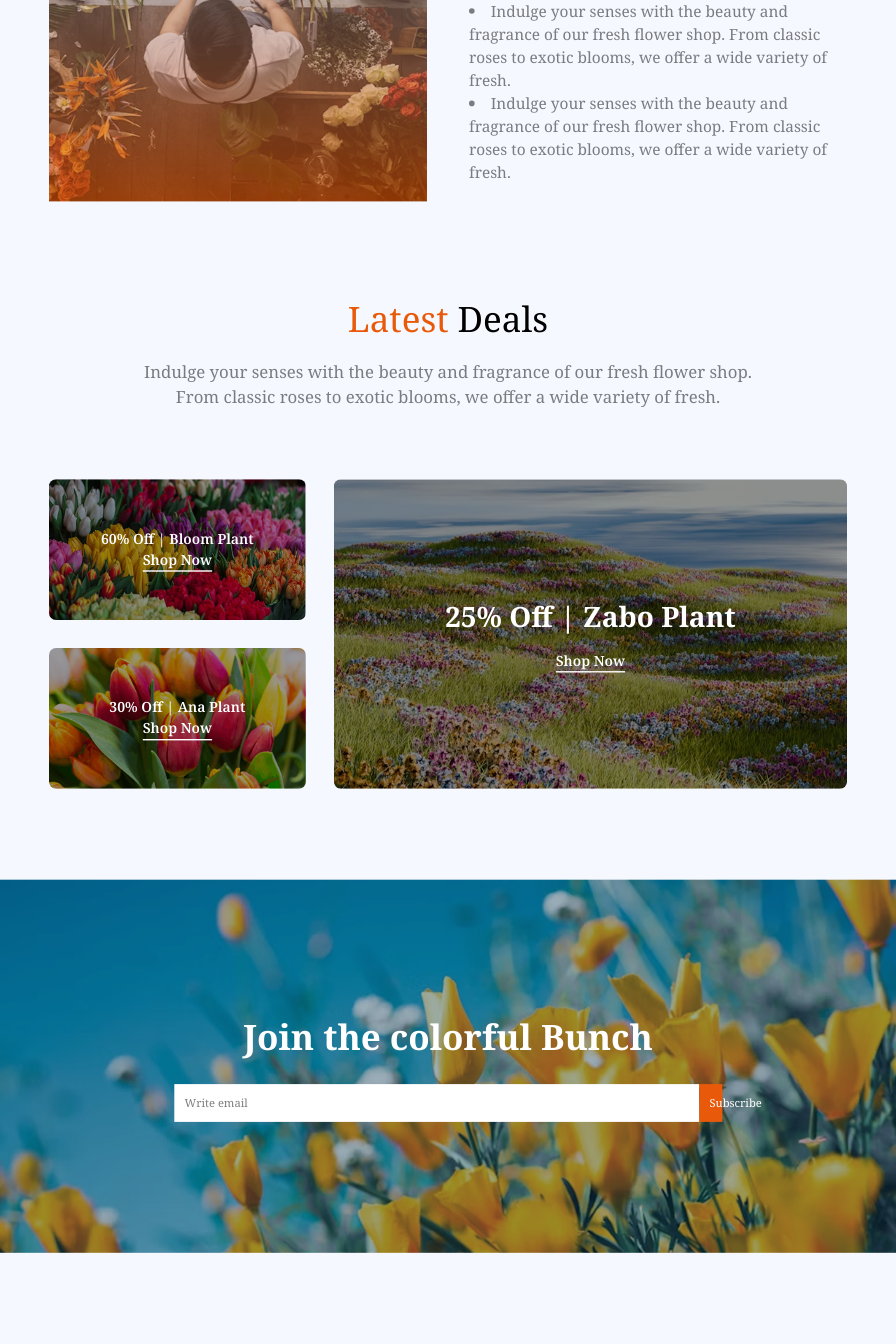
Repository: nahid-hasann/website-7
Page: index.html
These files come from the project's save history. The page is drawn as it stood at one moment and after the next save; the edit follows.
The browser window is 1280 px wide. The pictures show the part of the page from y = 2514 to 4434 px (the page is 4434 px tall), at 70% of full size.
Some web libraries are served in a nearby version.

Above is the page before, as saved 2025-07-24 21:23:49.

After the next save:
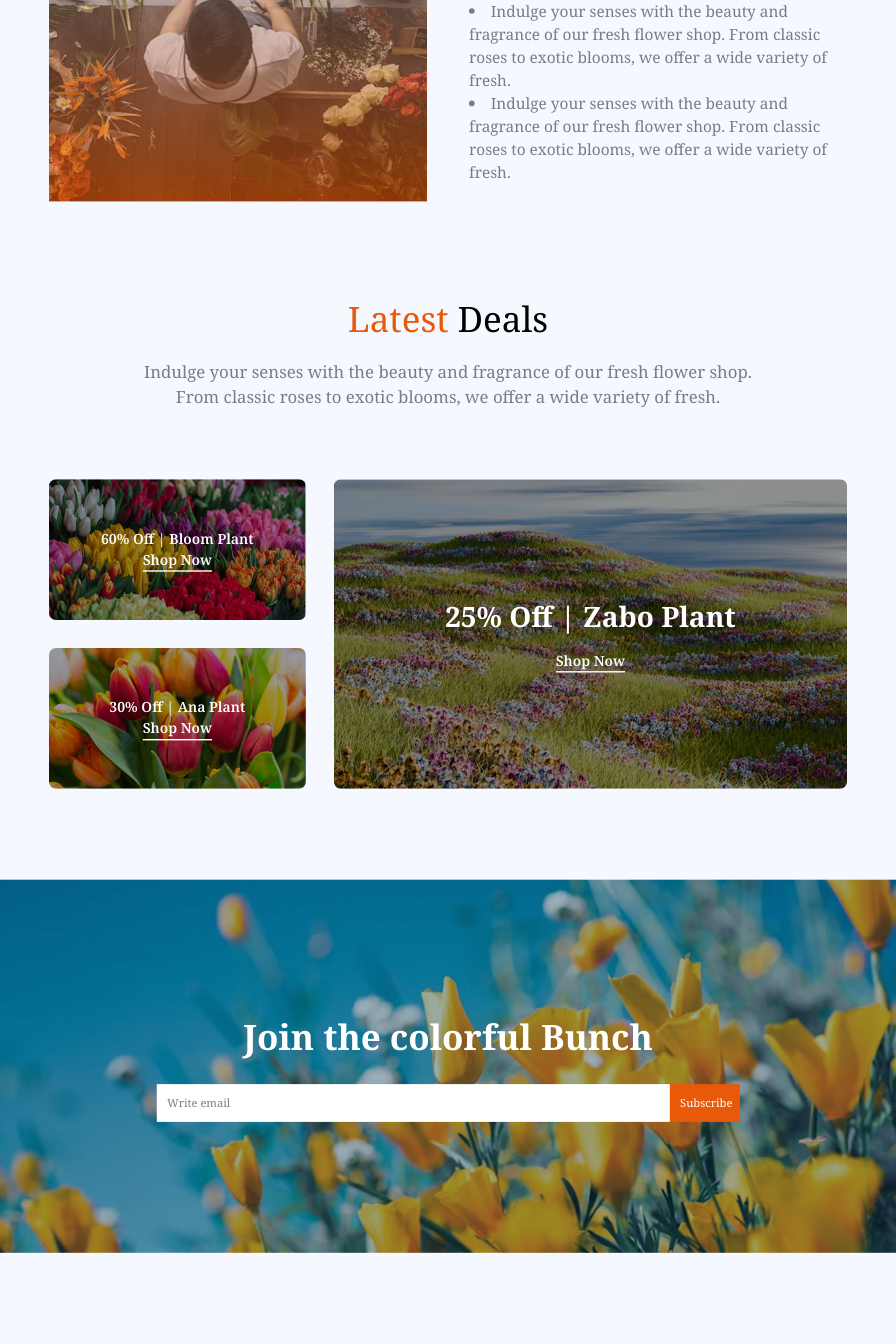
Saved 5 s later.
--- a/style.css
+++ b/style.css
@@ -317,7 +317,7 @@ nav{
     background-color: #e85a0a;
     padding: 15px ;
     color: white;
-    width: 33px;
+    width: 100px;
 }
 
 /* subscribe-section end  */
